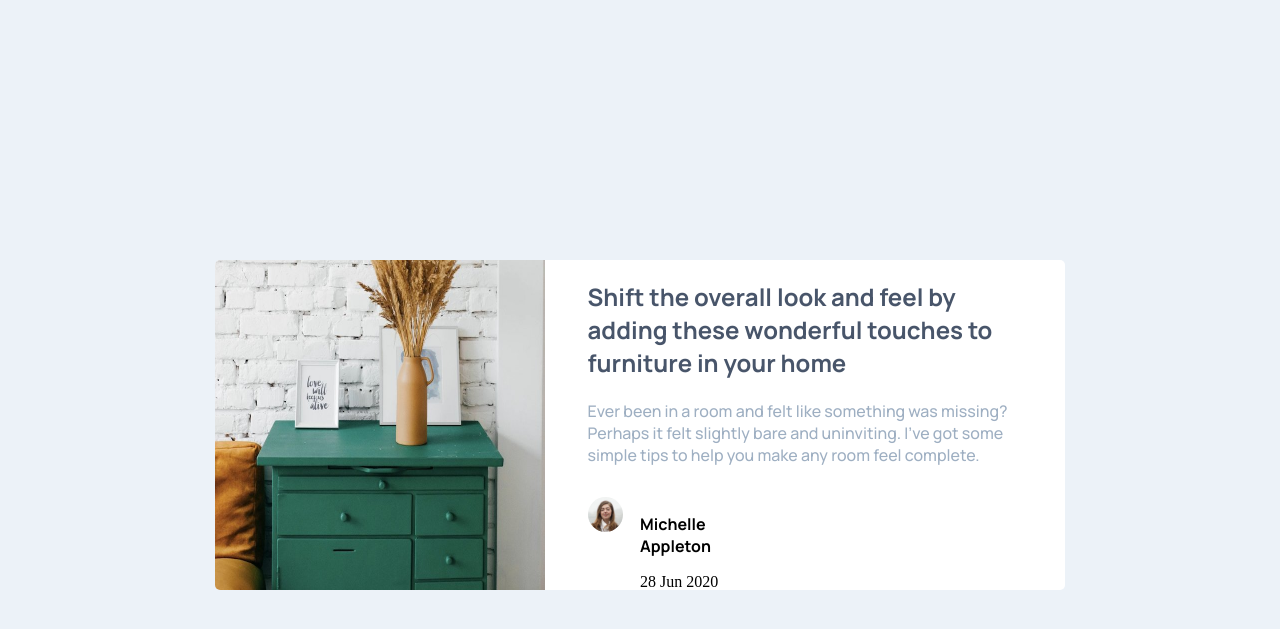
Repository: ricky603/training-css
Page: article-preview-component-master/index.html
These files come from the project's save history. The page is drawn as it stood at one moment and after the next save; the edit follows.
The browser window is 1280 px wide. The pictures show the whole page.

Above is the page before, as saved 2020-09-09 09:17:56.

### article-preview-component-master/index.html
<!DOCTYPE html>
<html lang="en">

<head>
    <meta charset="UTF-8">
    <meta name="viewport" content="width=device-width, initial-scale=1.0">
    <!-- displays site properly based on user's device -->

    <link rel="icon" type="image/png" sizes="32x32" href="./images/favicon-32x32.png">
    <link rel="stylesheet" href="./styles.css">
    <link href="https://fonts.googleapis.com/css2?family=Manrope:wght@500;700&display=swap" rel="stylesheet">

    <title>Frontend Mentor | Article preview component</title>

    <!-- Feel free to remove these styles or customise in your own stylesheet 👍 -->
</head>

<body>
    <div class="article">
        <div id="image">
            <img src="./images/drawers.jpg" class="drawer">
        </div>

        <div class="post">
            <div class="head">
                <h2>Shift the overall look and feel by adding these wonderful touches to furniture in your home</h2>
            </div>
            <div class="body">
                <p>Ever been in a room and felt like something was missing? Perhaps it felt slightly bare and uninviting. I’ve got some simple tips to help you make any room feel complete.</p>
            </div>
            <div class="avatar">
                <img src="./images/avatar-michelle.jpg" class="profile">
                <div>
                    <p class="name">Michelle Appleton</p>
                    <p class="date">28 Jun 2020</p>
                </div>
            </div>
        </div>
    </div>


</body>

</html>

<!--

  Ever been in a room and felt like something was missing? Perhaps
  it felt slightly bare and uninviting. I’ve got some simple tips
  to help you make any room feel complete.

  Michelle Appleton
  28 Jun 2020

  Share -->

### article-preview-component-master/styles.css
body {
    background-color: hsl(210, 46%, 95%);
}

h2 {
    font-family: 'Manrope';
    font-weight: 700;
}

#image {
    display: inline-block;
}

.post {
    position: absolute;
    width: 52%;
    display: inline-block;
    margin: 0% 5% 1% 5%;
}

.body {
    position: relative;
    display: inline-block;
    font-family: 'Manrope';
    font-weight: 500;
    color: hsl(212, 23%, 69%);
    bottom: 15px;
}

.head {
    display: inline-block;
    color: hsl(217, 19%, 35%);
}

.article {
    position: fixed;
    width: 850px;
    height: 330px;
    background-color: white;
    margin: auto;
    top: 50%;
    left: 50%;
    margin-top: -100px;
    margin-left: -425px;
    border-radius: 5px;
}

.drawer {
    width: 330px;
    height: 330px;
    border-radius: 5px 0 0 5px;
}

.attribution {
    font-size: 11px;
    text-align: center;
}

.attribution a {
    color: hsl(228, 45%, 44%);
}

.avatar {
    display: inline-block;
}

.profile {
    height: 20%;
    width: 20%;
    border-radius: 100%;
    float: left;
    margin-right: 10%;
    margin-bottom: 100%;
}

.name {
    font-family: 'Manrope';
    font-weight: 700;
    font-size: 16px;
}

After the next save:
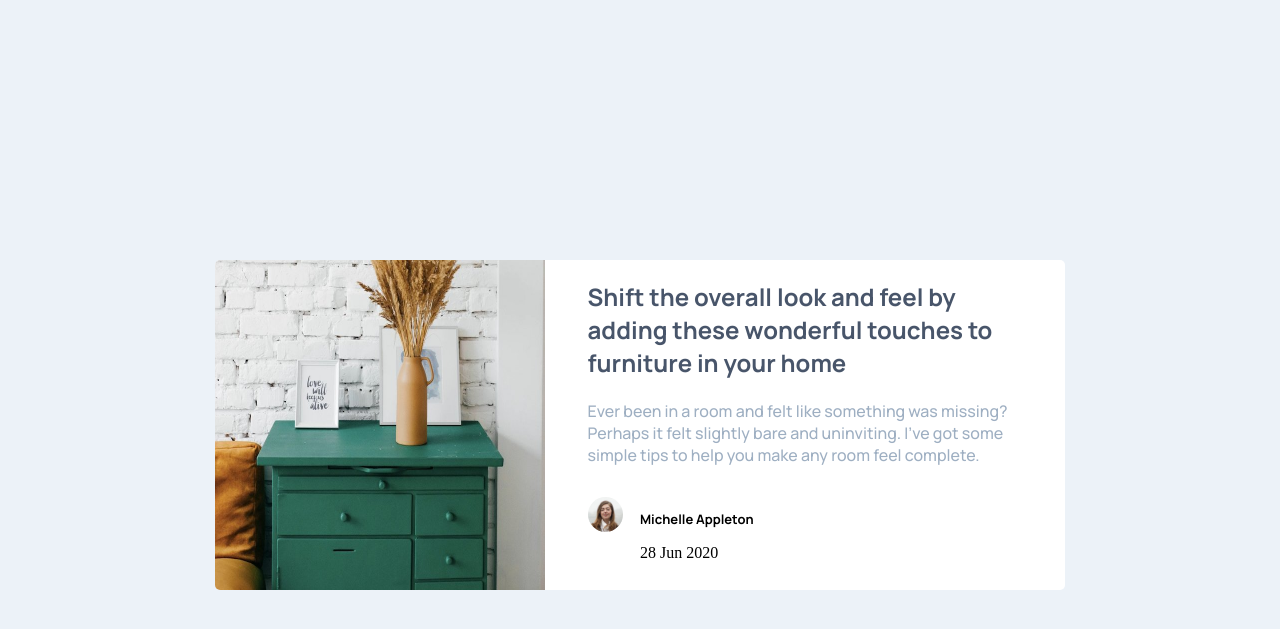
Saved 5 s later.
--- a/article-preview-component-master/styles.css
+++ b/article-preview-component-master/styles.css
@@ -76,5 +76,5 @@ h2 {
 .name {
     font-family: 'Manrope';
     font-weight: 700;
-    font-size: 16px;
+    font-size: 13px;
 }
